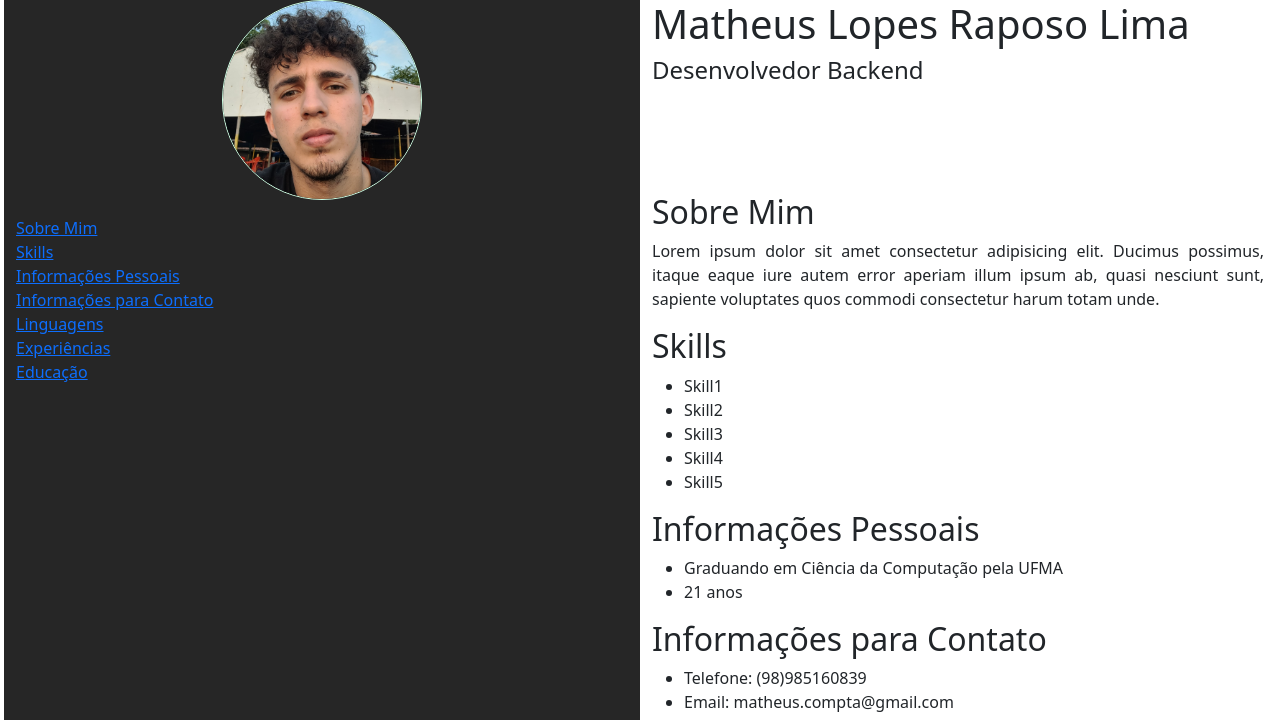
Repository: MaatheusRaposo/Curriculo_Web
Page: index.html
The author's editor kept a copy of each file at every save. The page is drawn from the files as they stood at one save, then again after the next save.
The browser window is 1280 px wide. The pictures show the whole page.
An inner scrolling area shows only its first screen.

Above is the page before, as saved 2026-05-28 01:31:44.

### index.html
<!DOCTYPE html>
<html lang="en">
<head>
    <meta charset="UTF-8">
    <meta name="viewport" content="width=device-width, initial-scale=1.0">
    <title>Curriculo Matheus Raposo</title>
    <link href="https://cdn.jsdelivr.net/npm/bootstrap@5.3.8/dist/css/bootstrap.min.css" rel="stylesheet" integrity="sha384-sRIl4kxILFvY47J16cr9ZwB07vP4J8+LH7qKQnuqkuIAvNWLzeN8tE5YBujZqJLB" crossorigin="anonymous">
    <link rel="stylesheet" href="assets/css/style.css">
</head>
<body>
    <div class="container-fluid px-3">
        <div class="row">
            <div class="col text-light d-flex flex-column" id="coluna-esquerda">
                <div class="d-flex justify-content-center align-items-center">
                    <img class="foto-perfil position-relative mb-3" src="assets/images/20230725_175129.jpg" alt="">
                </div>
                <div>
                    <a href="#sobreMim">Sobre Mim</a> <br>
                    <a href="#Skills">Skills</a> <br>
                    <a href="#infoPessoal">Informações Pessoais</a> <br>
                    <a href="#infoCtt">Informações para Contato</a> <br>
                    <a href="#linguagens">Linguagens</a> <br>
                    <a href="#exps">Experiências</a> <br>
                    <a href="#edu">Educação</a> <br>
                </div>
            </div>
            <div class="col d-flex flex-column" id="coluna-direita">
                <section>
                    <h1>Matheus Lopes Raposo Lima</h1>
                    <h4>Desenvolvedor Backend</h4>
                </section>
                <div class="d-flex justify-content-center flex-column mt-3 espacamento-classes">
                    <section id="sobreMim">
                        <h2>Sobre Mim</h2>
                        <p>Lorem ipsum dolor sit amet consectetur adipisicing elit. Ducimus possimus, itaque eaque iure autem error aperiam illum ipsum ab, quasi nesciunt sunt, sapiente voluptates quos commodi consectetur harum totam unde.</p>
                    </section>
                    <section  id="Skills">
                        <h2>Skills</h2>
                        <ul>
                            <li>Skill1</li>
                            <li>Skill2</li>
                            <li>Skill3</li>
                            <li>Skill4</li>
                            <li>Skill5</li>
                        </ul>
                    </section>
                    <section id="infoPessoal">
                        <h2>Informações Pessoais</h2>
                        <ul>
                            <li>Graduando em Ciência da Computação pela UFMA</li>
                            <li>21 anos</li>
                        </ul>
                    </section>
                    <section id="infoCtt">
                        <h2>Informações para Contato</h2>
                        <ul>
                            <li>Telefone: (98)985160839</li>
                            <li>Email: matheus.compta@gmail.com</li>
                            <li>Rua seis 30, Vila Sarney Filho I, São José de Ribamar - MA</li>
                        </ul>
                    </section>
                    <section id="linguagens">
                        <h2>Linguagens</h2>
                        <ul>
                            <li>Português</li>
                            <li>Inglês</li>
                        </ul>
                    </section>
                    <section id="exps">
                        <h2>Experiências</h2>
                        <section>
                            <h4>Experiência1</h4>
                            <p>Lorem ipsum dolor sit amet consectetur adipisicing elit. Quo fugit assumenda ipsum veritatis cupiditate illum, dolore iure ad eligendi odio aliquam ipsam molestias mollitia quos, eveniet rem natus, sequi omnis?</p>
                        </section>
                        <section>
                            <h4>Experiencia2</h4>
                            <p>Lorem ipsum dolor, sit amet consectetur adipisicing elit. Pariatur soluta doloribus beatae illum atque, nemo a? Distinctio obcaecati nulla totam! Vero facilis dolorem nobis, asperiores laborum in sed unde nisi.</p>
                        </section>
                        <section>
                            <h4>Experiencia3</h4>
                            <p>Lorem ipsum dolor sit amet consectetur adipisicing elit. Accusantium, error inventore porro iste vero eaque eum exercitationem perferendis. Alias voluptatum officiis, qui fugiat explicabo sed consequatur perspiciatis atque suscipit error.</p>
                        </section>
                    </section>
                    <section id="edu">
                        <h2>Educação</h2>
                        <section>
                            <h4>Formação1</h4>
                        </section>
                        <section>
                            <h4>Formação2</h4>
                        </section>
                    </section>
                </div>
            </div>
        </div>
    </div>

    <script src="https://cdn.jsdelivr.net/npm/bootstrap@5.3.8/dist/js/bootstrap.bundle.min.js" integrity="sha384-FKyoEForCGlyvwx9Hj09JcYn3nv7wiPVlz7YYwJrWVcXK/BmnVDxM+D2scQbITxI" crossorigin="anonymous"></script>
    <script src="app.js"></script>
    <noscript>Voce precisa tivar o JavaScript para ver o curriculo perfeitamente</noscript>
</body>
</html>

### assets/css/style.css
.foto-perfil {
    width: 200px;
    height: 200px;
    border: 1px solid #CEFFE4;
    border-radius: 50%;
    object-fit: cover;
}

#coluna-esquerda {
    background-color: #262626;
}

#coluna-direita {
    overflow-y: auto;
    height: 100vh;
}

@media screen and (min-width: 768px) {
    .espacamento-classes {
        margin-top: 100px !important;
    }
}

.espacamento-classes {
    text-align: justify;
}

Loaded but not shown: app.js (no stored copy; drawn as an empty file)

After the next save:
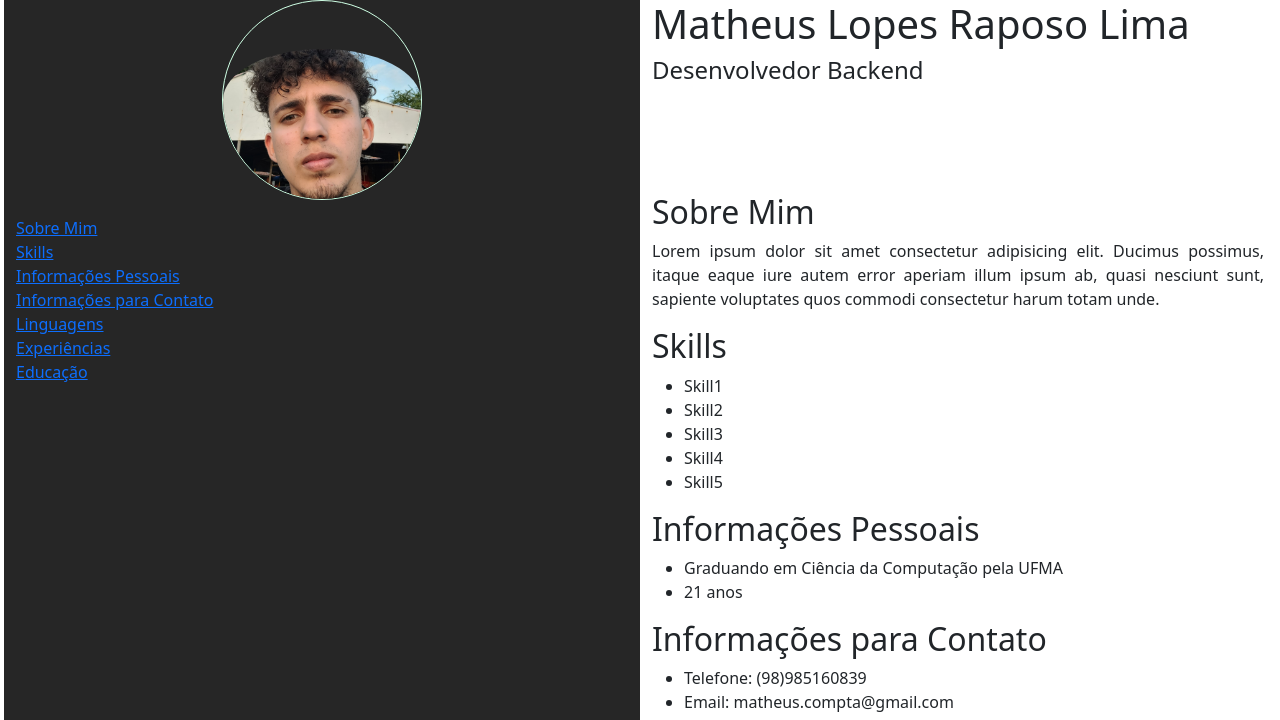
Saved 19 s later.
--- a/index.html
+++ b/index.html
@@ -12,7 +12,7 @@
         <div class="row">
             <div class="col text-light d-flex flex-column" id="coluna-esquerda">
                 <div class="d-flex justify-content-center align-items-center">
-                    <img class="foto-perfil position-relative mb-3" src="assets/images/20230725_175129.jpg" alt="">
+                    <img class="foto-perfil position-relative mb-3 pt-5" src="assets/images/20230725_175129.jpg" alt="">
                 </div>
                 <div>
                     <a href="#sobreMim">Sobre Mim</a> <br>
